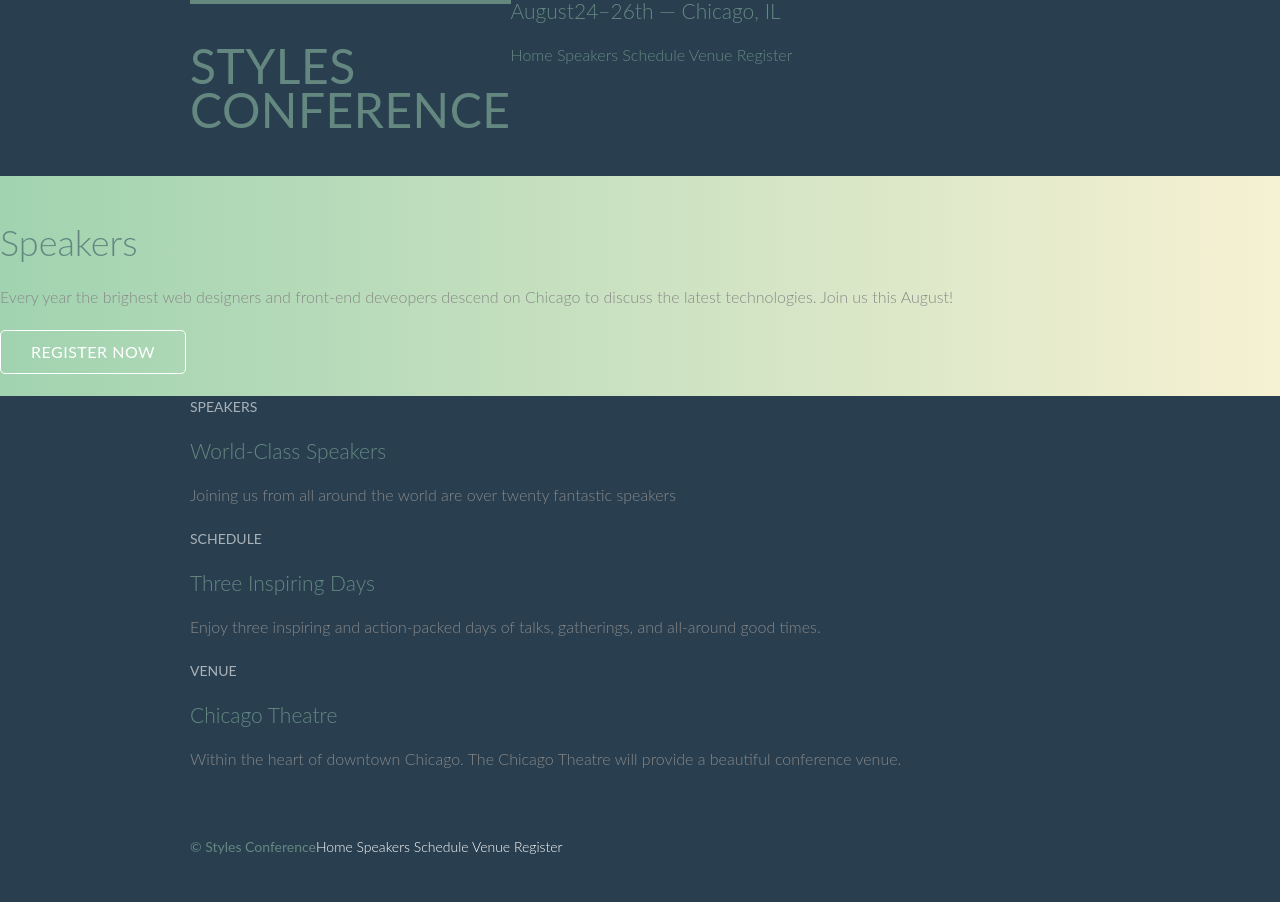
Repository: igorkovski/styles-conference
Page: speakers.html
The author's editor kept a record of every edit. The page is drawn from the files as they stood at one moment, then again after the next edit.
The browser window is 1280 px wide. The pictures show the whole page.

Above is the page before.

After the next edit:
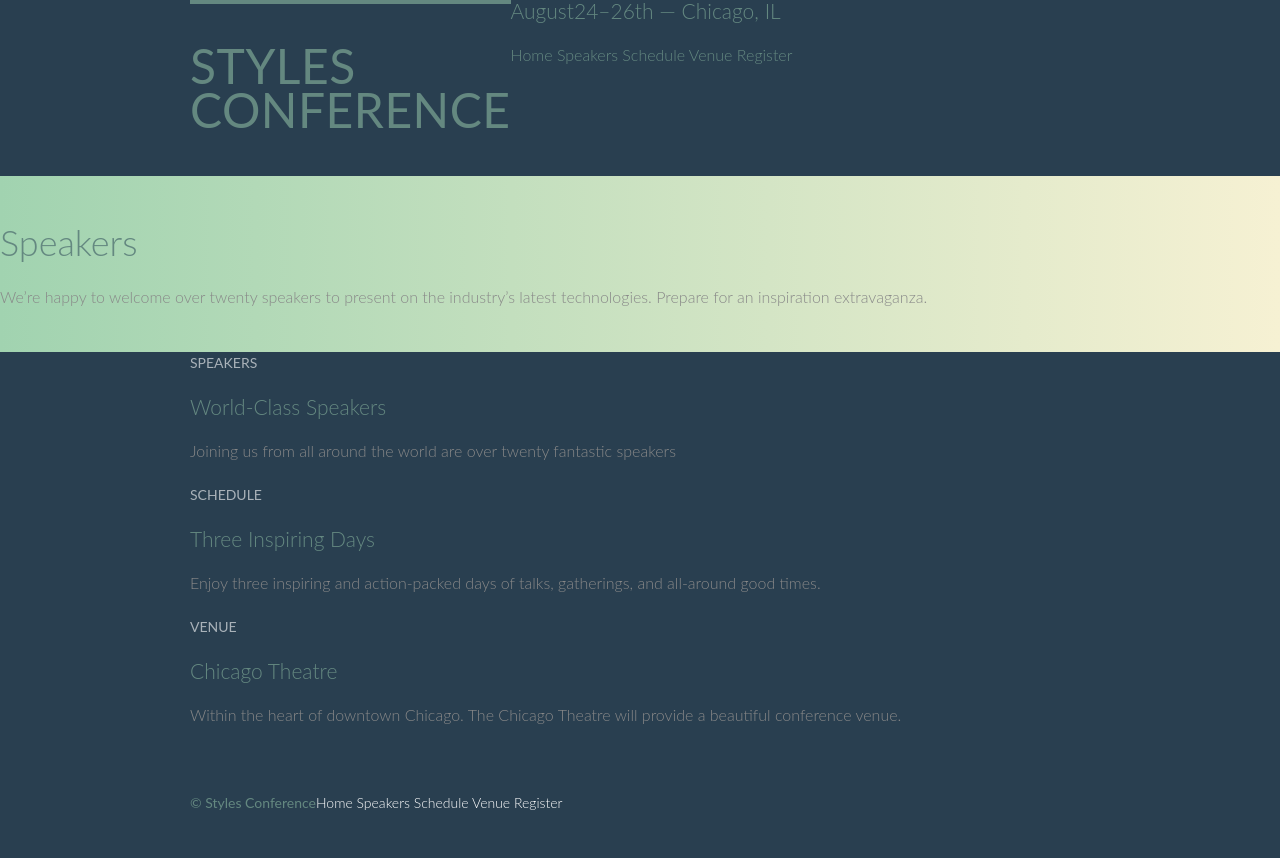
The edit:
--- a/speakers.html
+++ b/speakers.html
@@ -32,9 +32,7 @@
 
 			<h1>Speakers</h1>
 
-			<p>Every year the brighest web designers and front-end deveopers descend on Chicago to discuss the latest technologies. Join us this August!</p>
-			<a class="btn btn-alt" href="register.html">Register Now</a>
-
+			<p>We&#8217;re happy to welcome over twenty speakers to present on the industry&#8217;s latest technologies. Prepare for an inspiration extravaganza.</p>
 		  </div>
 		</section>
 
